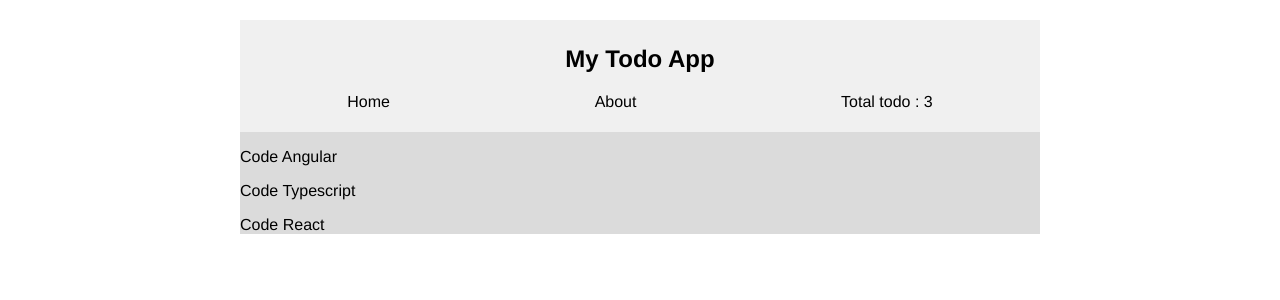
Repository: DTien93/Todo-Typescript
Page: / (app in my-app/)
The author's editor kept a copy of each file at every save. The page is drawn from the files as they stood at one save, then again after the next save.
The browser window is 1280 px wide. The pictures show the whole page.
The project was rebuilt for these pictures with package versions that can differ from the ones it lists, and the page was loaded fresh each time. Imported but missing from the stored project, and not drawn on this page: my-app/src/serviceWorker.

Above is the page before, as saved 2021-10-16 17:31:07.

After the next save:
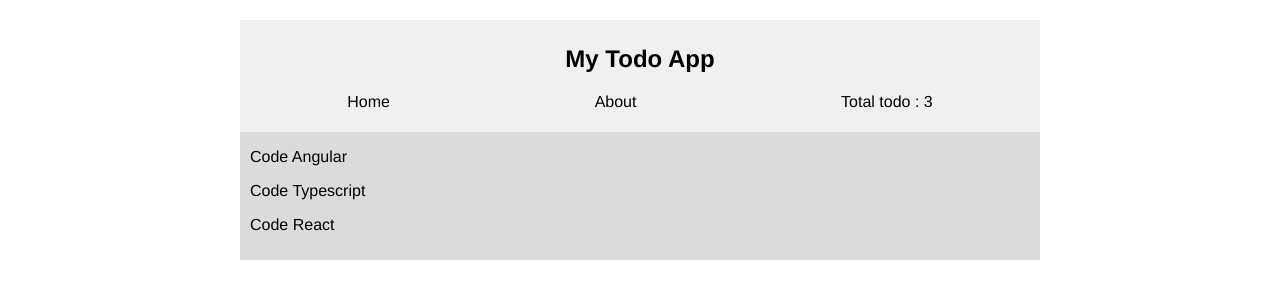
Saved 32 s later.
--- a/my-app/src/components/Todos.tsx
+++ b/my-app/src/components/Todos.tsx
@@ -17,11 +17,13 @@ const Todos = () => {
     ])
     return (
         <div className='todo-list'>
+            <ul>
             {
                 todos.map((todo) => (
                     <p>{todo.title}</p>
                 ))
             }
+          </ul>
         </div>
     )
 }
